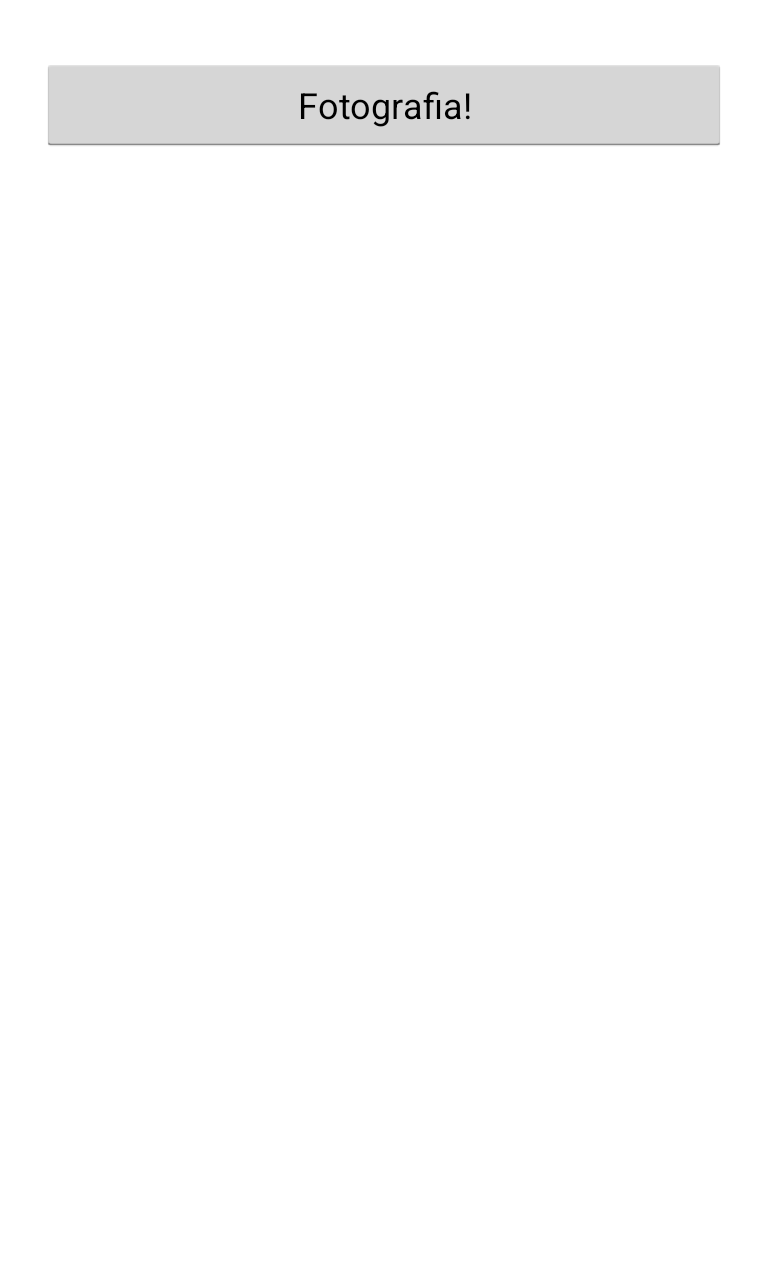
Repository: sstevenmr/SP-Galileo
Layout: Demo3_10/res/layout/activity_main.xml
The author's editor kept a copy of each file at every save. The layout is drawn from the files as they stood at one save, then again after a run of saves.
It is drawn on a 768 x 1280 px phone screen (xhdpi) without system bars, with theme AppTheme; the app's code is not run. Lists and similar views that code fills are empty.

Above is the layout before, as saved 2014-02-24 17:05:46.

After the next 2 saves:
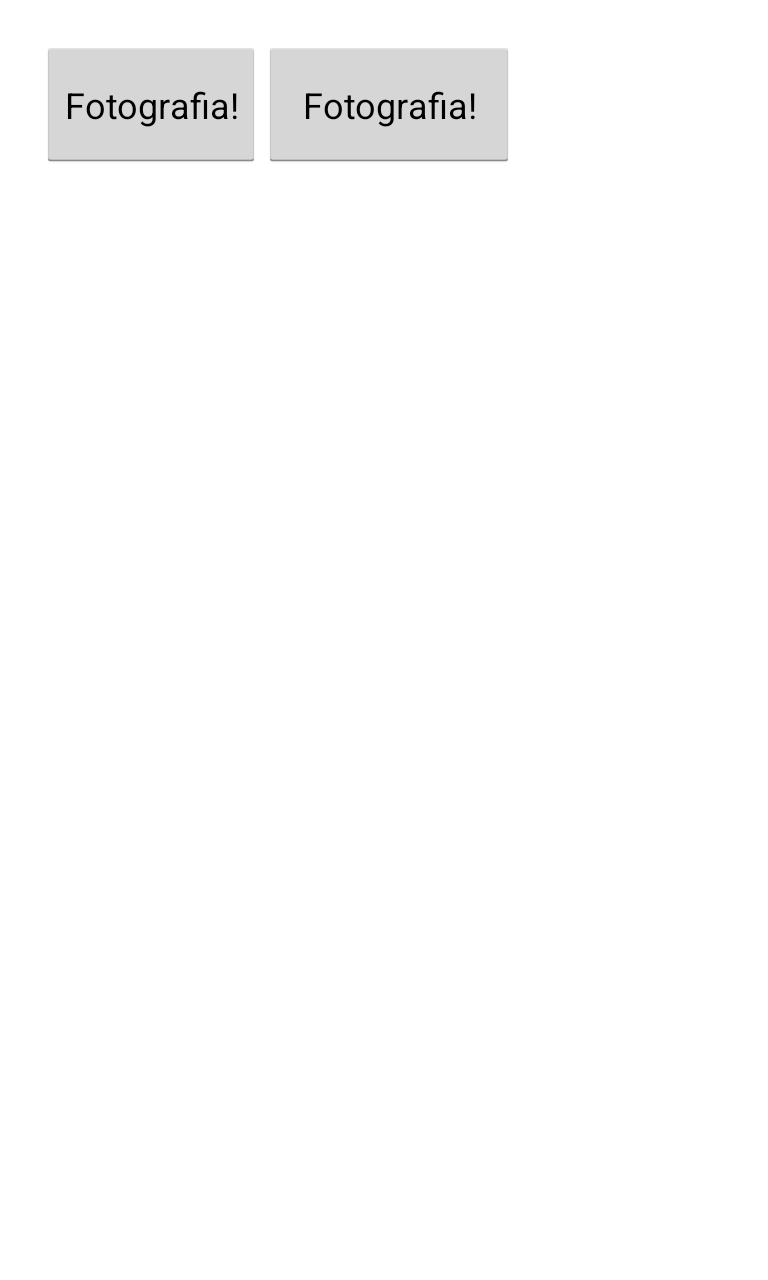
The 2 saves are shown as one change because 1 did not build or start.
The last was saved 5 min 14 s later.
--- a/Demo3_10/res/layout/activity_main.xml
+++ b/Demo3_10/res/layout/activity_main.xml
@@ -8,17 +8,16 @@
    	<LinearLayout
         android:orientation="horizontal"
         android:layout_width="match_parent"
+        android:paddingBottom=""
         android:padding="20dp"
         android:layout_height="wrap_content" >
 
-
-
-        <Button
-            android:id="@+id/btnPhoto"
-            android:layout_width="match_parent"
-            android:layout_height="wrap_content"
-            android:gravity="center"
-            android:text="@string/btn_Photo" />
+   		<Button
+   		    android:id="@+id/btnPhoto"
+   		    android:layout_width="wrap_content"
+   		    android:layout_height="match_parent"
+   		    android:gravity="center"
+   		    android:text="@string/btn_Photo" />
 
         <Button
             android:id="@+id/btnUpdate"
@@ -27,6 +26,7 @@
             android:gravity="center"
             android:padding="20dp"
             android:text="@string/btn_Photo" />
+
     </LinearLayout>
 
     <GridView
